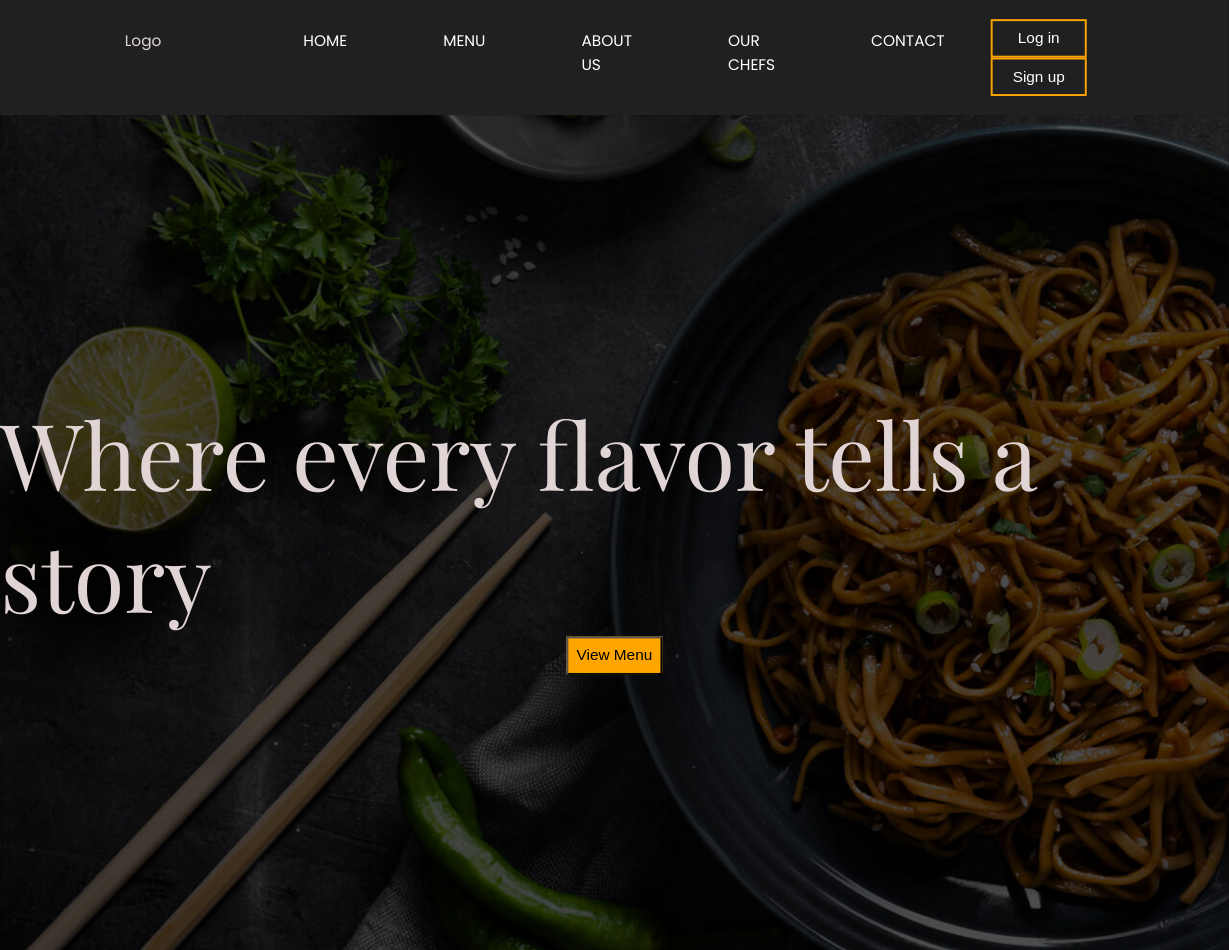
Repository: ThisIsSahaj/NSP
Page: index.html
The author's editor kept a copy of each file at every save. The page is drawn from the files as they stood at one save, then again after the next save.
The browser window is 1280 px wide. The pictures show the whole page, at 96% of full size.
The pointer rests on the first visible `.signup`.

Above is the page before, as saved 2023-11-06 13:59:16.

After the next save:
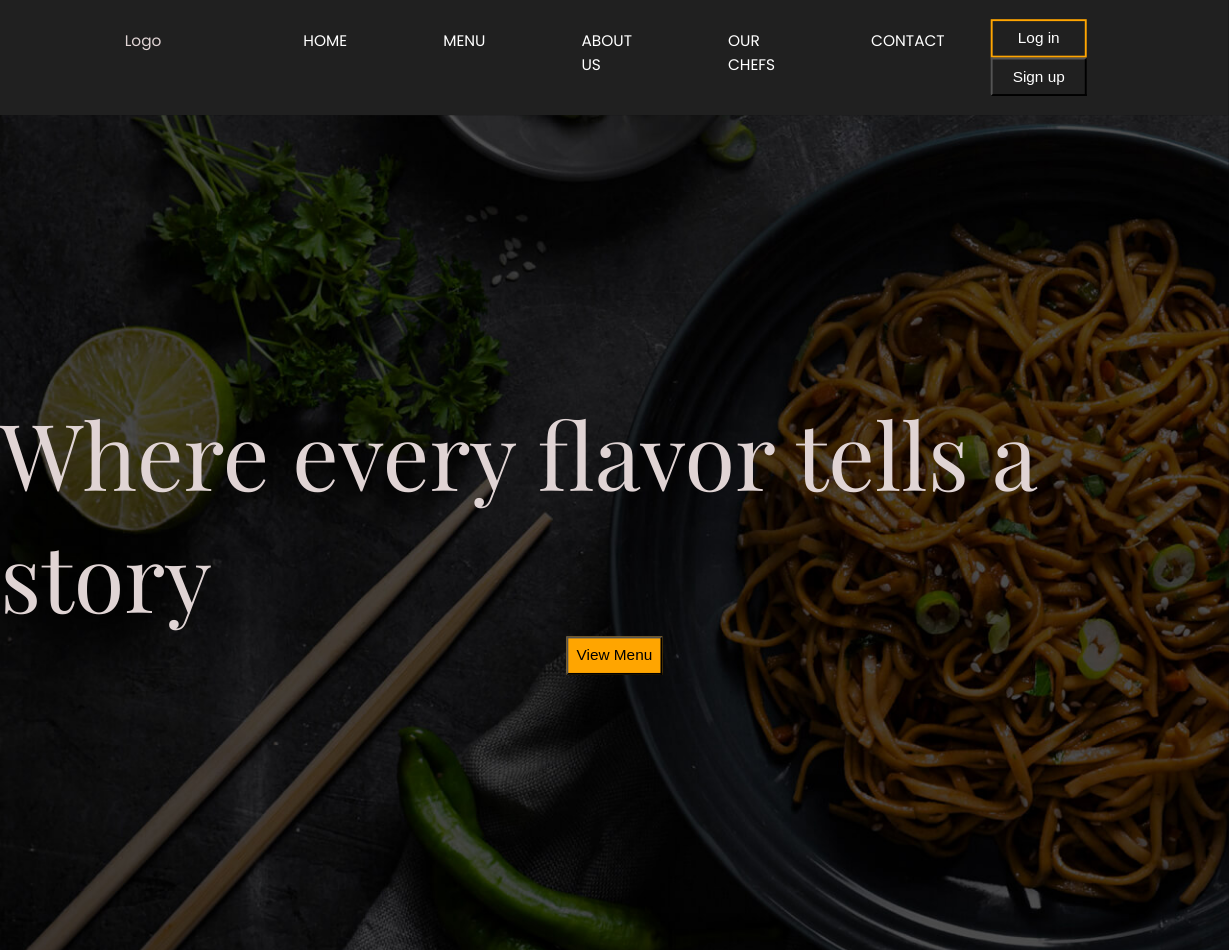
Saved 4 s later.
--- a/style.css
+++ b/style.css
@@ -112,7 +112,7 @@
 .signup:hover{
     background-color: transparent;
     color: white;
-    border: 2px solid orange;
+    /* border: 2px solid orange; */
 }
 
 

After the save that followed:
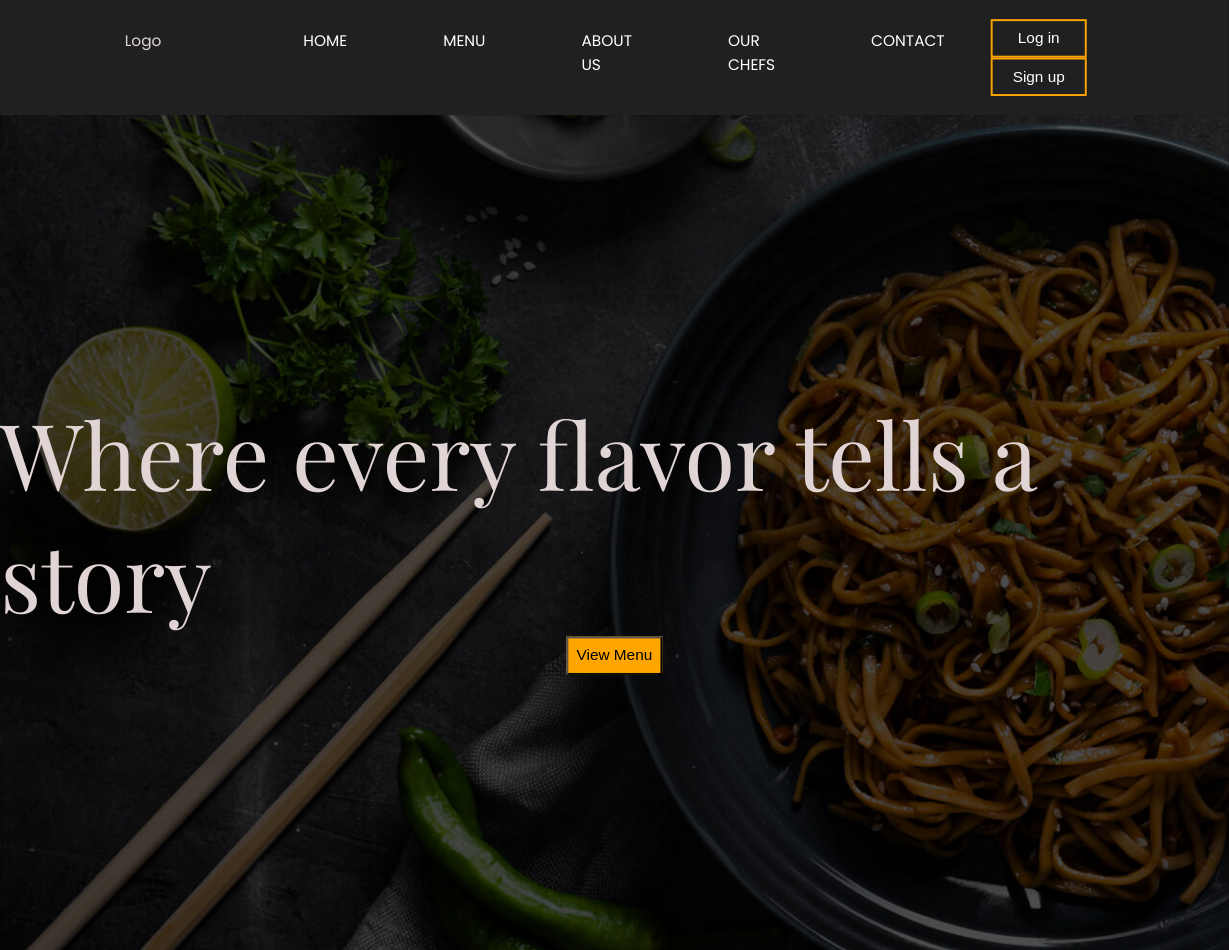
Saved 12 s later.
--- a/style.css
+++ b/style.css
@@ -112,7 +112,7 @@
 .signup:hover{
     background-color: transparent;
     color: white;
-    /* border: 2px solid orange; */
+    border: 2px solid orange;
 }
 
 
